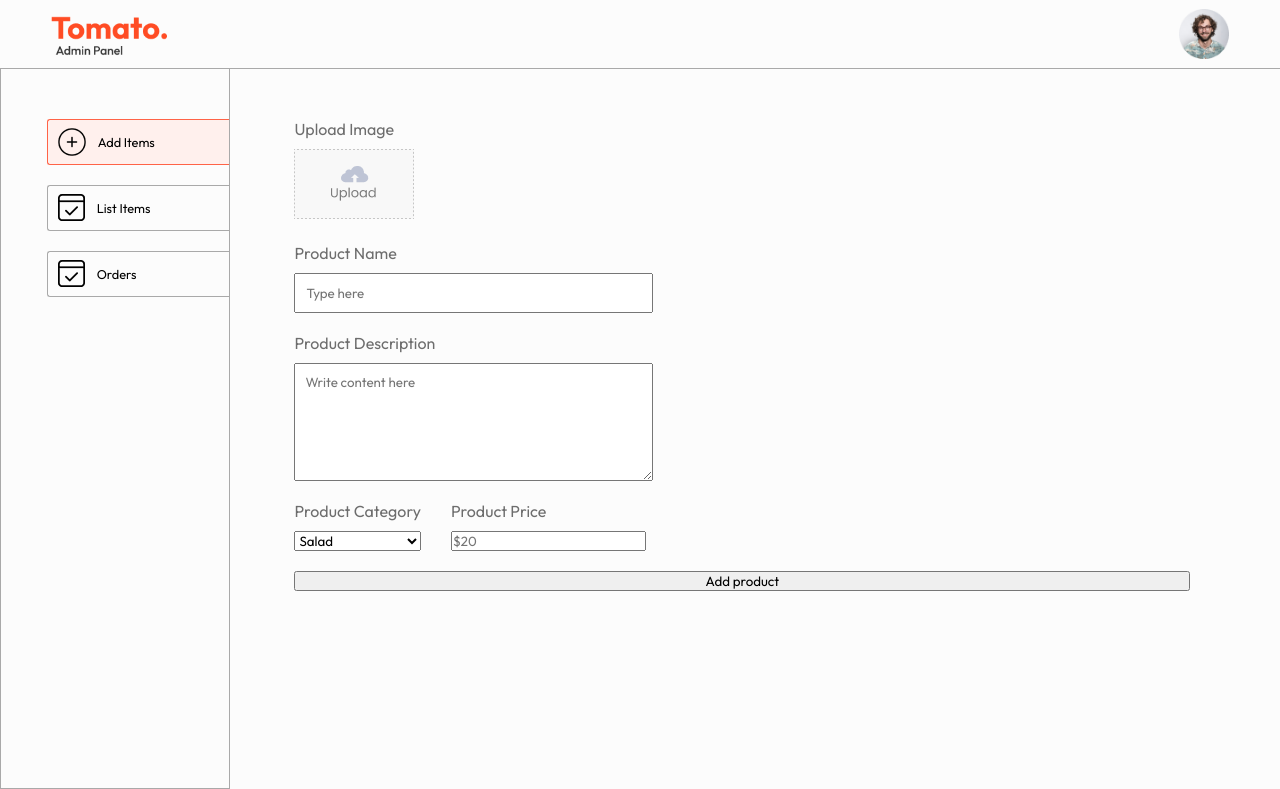
Repository: andrei-nagy/food-del---to-deploy
Page: /add (app in admin/)
The author's editor kept a copy of each file at every save. The page is drawn from the files as they stood at one save, then again after the next save.
The browser window is 1280 px wide. The pictures show the whole page.
The project was rebuilt for these pictures with package versions that can differ from the ones it lists, and the page was loaded fresh each time. Also part of the build but not shown: admin/vite.config.js, admin/src/pages/List/List.css, admin/src/pages/List/List.jsx, admin/src/pages/Orders/Orders.jsx.

Above is the page before, as saved 2024-09-24 21:35:08.

### admin/src/main.jsx

import React from 'react'
import ReactDOM  from 'react-dom/client'
import App from './App.jsx'
import './index.css'
import{BrowserRouter} from "react-router-dom"


ReactDOM.createRoot(document.getElementById('root')).render(
  <BrowserRouter>
  <App></App>
  </BrowserRouter>

)

### admin/src/App.jsx
import React from 'react'
import Navbar from './components/Navbar/Navbar'
import Sidebar from './components/Sidebar/Sidebar'
import { Routes, Route } from 'react-router-dom'
import Add from './pages/Add/Add'
import { List } from './pages/List/List'
import Orders from './pages/Orders/Orders'

const App = () => {
  return (
    <div>
        <Navbar></Navbar>
        <hr></hr>
        <div className="app-content">
            <Sidebar/>
            <Routes>
              <Route path="/add" element={<Add></Add>}/>
              <Route path="/list" element={<List></List>}/>
              <Route path="/orders" element={<Orders></Orders>}/>
            </Routes>
        </div>
    </div>
  )
}

export default App

### admin/src/index.css
@import url('https://fonts.googleapis.com/css2?family=Outfit:wght@100..900&display=swap');


*{
  padding: 0px;
  margin: 0px;
  box-sizing: border-box;
  font-family: Outfit;
}

body{
  min-height: 100vh;
  background-color: #fcfcfc;
}

a{
  text-decoration: none;
  color:inherit;
}

hr{
  border: none;
  height: 1px;
  background-color: #a9a9a9;
}

.app-content{
  display: flex;
}

.flex-col{
    display: flex;
    flex-direction: column;
    gap: 10px;
}

### admin/src/components/Navbar/Navbar.jsx
import React from 'react'
import './Navbar.css'
import {assets} from '../../assets/assets'

const Navbar = () => {
    return (
        <div className="navbar">
            <img className="logo" src={assets.logo} alt="" />
            <img src={assets.profile_image} alt="" className="profile" />
        </div>
    )
}

export default Navbar

### admin/src/components/Sidebar/Sidebar.jsx
import React from 'react'
import './Sidebar.css'
import { assets } from '../../assets/assets'
import { NavLink } from 'react-router-dom'
const Sidebar = () => {
  return (
    <div className="sidebar">
        <div className="sidebar-options">
            <NavLink to="/add" className="sidebar-option">
                <img src={assets.add_icon} alt="" />
                <p>Add Items</p>
            </NavLink>
            <NavLink to="/list" className="sidebar-option">
                <img src={assets.order_icon} alt="" />
                <p>List Items</p>
            </NavLink>
            <NavLink to="/orders" className="sidebar-option">
                <img src={assets.order_icon} alt="" />
                <p>Orders</p>
            </NavLink>
        </div>
    </div>
  )
}

export default Sidebar

### admin/src/pages/Add/Add.jsx
import React from 'react'
import './Add.css'
import { assets } from '../../assets/assets'
const Add = () => {
    return (
        <div className='add'>
            <form className='flex-col'>
                <div className="add-img-upload flex-col">
                    <p>Upload Image</p>
                    <label htmlFor="image">
                        <img src={assets.upload_area} alt="" />
                    </label>
                    <input type="file" id='image' hidden required />
                </div>
                <div className="add-product-name flex-col">
                    <p>Product Name</p>
                    <input type="text" name="name" placeholder='Type here' />
                </div>
                <div className="add-product-description flex-col">
                    <p>Product Description</p>
                    <textarea name="description" rows="6" placeholder='Write content here' required></textarea>
                </div>
                <div className="add-category-price">
                    <div className="add-category flex-col">
                        <p>Product Category</p>
                        <select name="category">
                            <option value="Salad">Salad</option>
                            <option value="Rolls">Rolls</option>
                            <option value="Deserts">Deserts</option>
                            <option value="Sandwich">Sandwich</option>
                            <option value="Cake">Cake</option>
                            <option value="Pure Veg">Pure Veg</option>
                            <option value="Pasta">Pasta</option>
                            <option value="Noodles">Noodles</option>
                        </select>
                    </div>
                    <div className="add-price flex-col">
                        <p>Product Price</p>
                        <input type="number" name="price" placeholder='$20' />
                    </div>
                </div>
                <button type='submit' className='add-btn'>Add product</button>
            </form>
        </div>
    )
}

export default Add

### admin/src/components/Navbar/Navbar.css
.navbar {
    display: flex;
    justify-content: space-between;
    align-items: center;
    padding: 8px 4%;
}

.navbar .logo{
    width: max(10%, 80px);
}

.navbar .profile {
    width: 50px;
}

### admin/src/components/Sidebar/Sidebar.css
.sidebar {
    width: 18%;
    min-height: 100vh;
    border: 1.5px solid #a9a9a9;
    border-top: 0;
    font-size: max(1vw, 10px);
}

.sidebar-options {
    padding-top: 50px;
    padding-left: 20%;
    display: flex;
    flex-direction: column;
    gap: 20px;
}

.sidebar-option {
    display: flex;
    align-items: center;
    gap: 12px;
    border: 1px solid #a9a9a9;
    border-right: 0;
    padding: 8px 10px;
    border-radius: 3px 0px 0px 3px;
    cursor: pointer;
}

.sidebar-option.active{
    background-color: #fff0ed;
    border-color: tomato;
}
@media (max-width: 900px) {
    .sidebar-option p {
        display: none;
    }
}

### admin/src/pages/Add/Add.css
.add{
    width: 70%;
    margin-left: max(5vw, 25px);
    margin-top: 50px;
    color: #6d6d6d;
    font-size: 16px;
}

.add form{
    gap: 20px;
}

.add-img-upload img{
    width: 120px;
}

.add-product-name, .add-product-description{
    width: max(40%, 280px);
}
 .add-product-name input, .add-product-description textarea{
    padding: 10px;
 }

 .add-category-price{
    display: flex;
    gap: 30px;
 }

Loaded but not shown: admin/index.html (common file); admin/src/assets/assets.js (common file); admin/src/pages/Orders/Orders.css (no stored copy; drawn as an empty file)

After the next save:
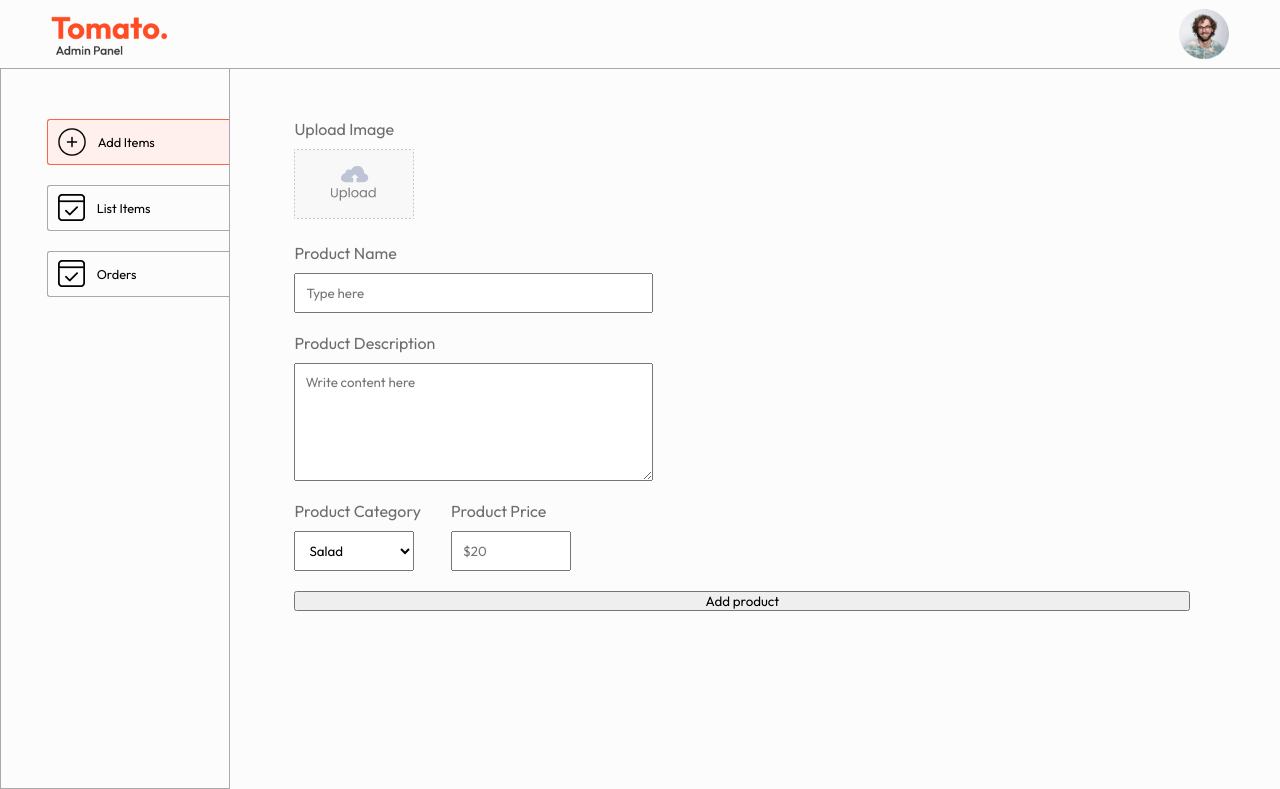
Saved 65 s later.
--- a/admin/src/pages/Add/Add.css
+++ b/admin/src/pages/Add/Add.css
@@ -25,3 +25,8 @@
     display: flex;
     gap: 30px;
  }
+
+ .add-category-price select, .add-category-price input{
+    max-width: 120px;
+    padding: 10px;
+ }
